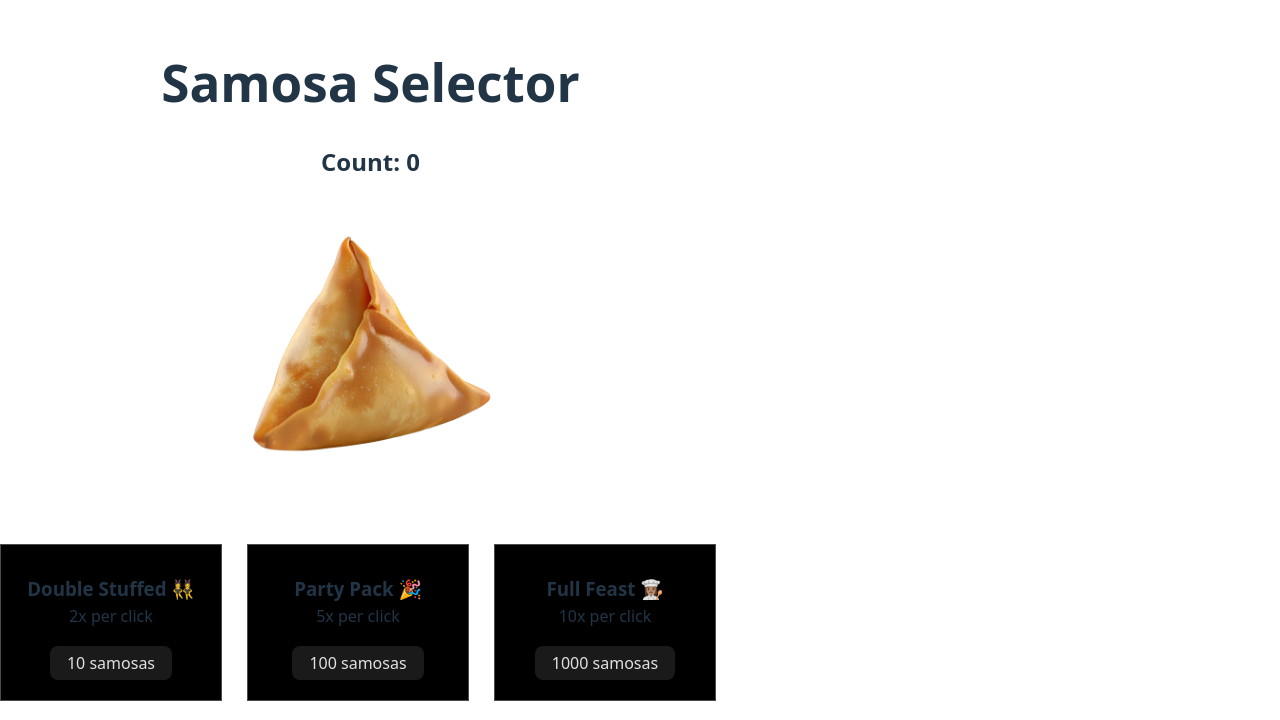
Repository: kvi1/Web102-Labs
Page: / (app in samosa-selector/)
The author's editor kept a copy of each file at every save. The page is drawn from the files as they stood at one save, then again after the next save.
The browser window is 1280 px wide. The pictures show the whole page.
The first visible `.App .header .samosa` is being pressed.
The project was rebuilt for these pictures with package versions that can differ from the ones it lists, and the page was loaded fresh each time. Also part of the build but not shown: samosa-selector/vite.config.js.

Above is the page before, as saved 2025-03-01 14:34:01.

### samosa-selector/src/App.jsx
import './App.css';
import React, {useState} from 'react'
import samosa from './samosa.png'

const App = () => {
  const [count, setCount] = useState(0);
  const [multiplier, setMultiplier] = useState(1);

  const updateCount = () =>{
    setCount(count + multiplier);
  }

  const buyDoubleStuffed = () => {
    if(count >= 10){
      setMultiplier(multiplier*2);
      setCount(count - 10);
    }
  }

  const buyPartyPack = () => {
    if(count >= 100){
      setMultiplier(multiplier*5);
      setCount(count - 100);
    }
  }

  const buyFullFeast = () => {
    if(count >= 1000){
      setMultiplier(multiplier*10);
      setCount(count - 1000);
    }
  }


  return(
    <div className = "App">
      <div className = "header">
        <h1>Samosa Selector</h1>
        <h2>Count: {count}</h2>
        <img className = "samosa" src = {samosa} onClick = {updateCount}></img>
      </div>
      <div className = "container">
        <div className = "upgrade">
          <h3>Double Stuffed 👯‍♀️</h3>
          <p>2x per click</p>
          <button onClick = {buyDoubleStuffed}>10 samosas</button>
        </div>

        <div className = "upgrade">
          <h3>Party Pack 🎉</h3>
          <p>5x per click</p>
          <button onClick = {buyPartyPack}>100 samosas</button>
        </div>

        <div className = "upgrade">
          <h3>Full Feast 👩🏽‍🍳</h3>
          <p>10x per click</p>
          <button onClick = {buyFullFeast}>1000 samosas</button>
        </div>

      </div>
    </div>
  )
}

export default App

### samosa-selector/src/App.css
.App{
  display:flex;
  flex-direction: column;
  align-items: center;
  justify-content: center;
  text-align: center;
}

.App .samosa{
  height: 15em;
  padding: 1.5em;
  margin: 0 auto;
  text-align: center;
  cursor: pointer;
}

.App .container{
  margin-top: 50px;
  display: flex;

}

.App .container .upgrade{
  border: 1px solid rgba(153, 153, 153, 0.497);
  padding-top: 20px;
  padding-bottom: 20px;
  padding-left: 10px;
  padding-right: 10px;
  margin-right: 25px;
  width: 200px;
  line-height: 0.5;
  background: black;

}

.App .container .upgrade button{
  border-radius: 8px;
  border: 1px solid transparent;
  padding-top: 0.3em;
  padding-bottom: 0.3em;
  padding-left: 1em;
  padding-right: 1em;
  font-size: 1em;
  font-family: inherit;
  font-weight: 500;
  background: #1a1a1a;
  color: rgba(255, 255, 255, 0.87);
  cursor: pointer;
  margin-top: 10px;
}

.App .container .upgrade button:hover{
  background:white;
  color:black;
}

.App .header .samosa:hover{
  cursor:pointer;
  transform: scale(1.1);

}

.App .header .samosa:active{
  transform: scale(0.95);

}

Loaded but not shown: samosa-selector/index.html (common file); samosa-selector/src/main.jsx (common file); samosa-selector/src/index.css (common file)

After the next save:
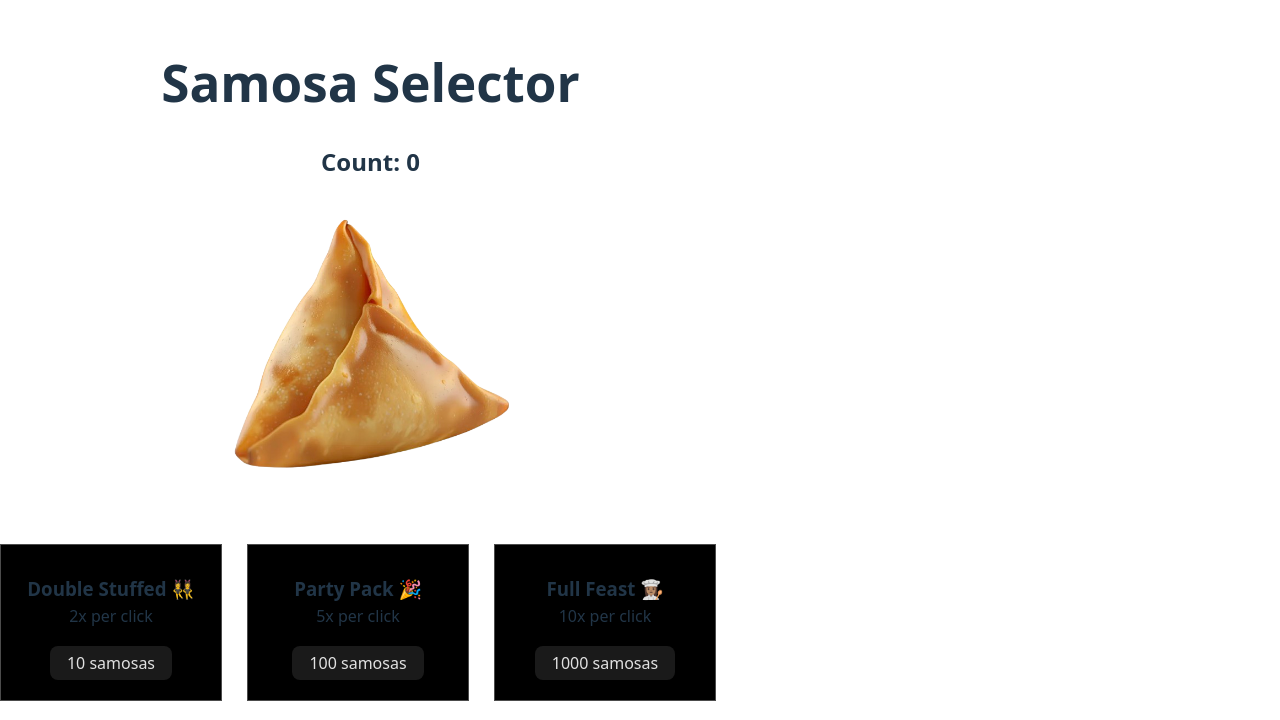
Saved 21 s later.
--- a/samosa-selector/src/App.css
+++ b/samosa-selector/src/App.css
@@ -59,8 +59,3 @@
   transform: scale(1.1);
 
 }
-
-.App .header .samosa:active{
-  transform: scale(0.95);
-
-}

After the save that followed:
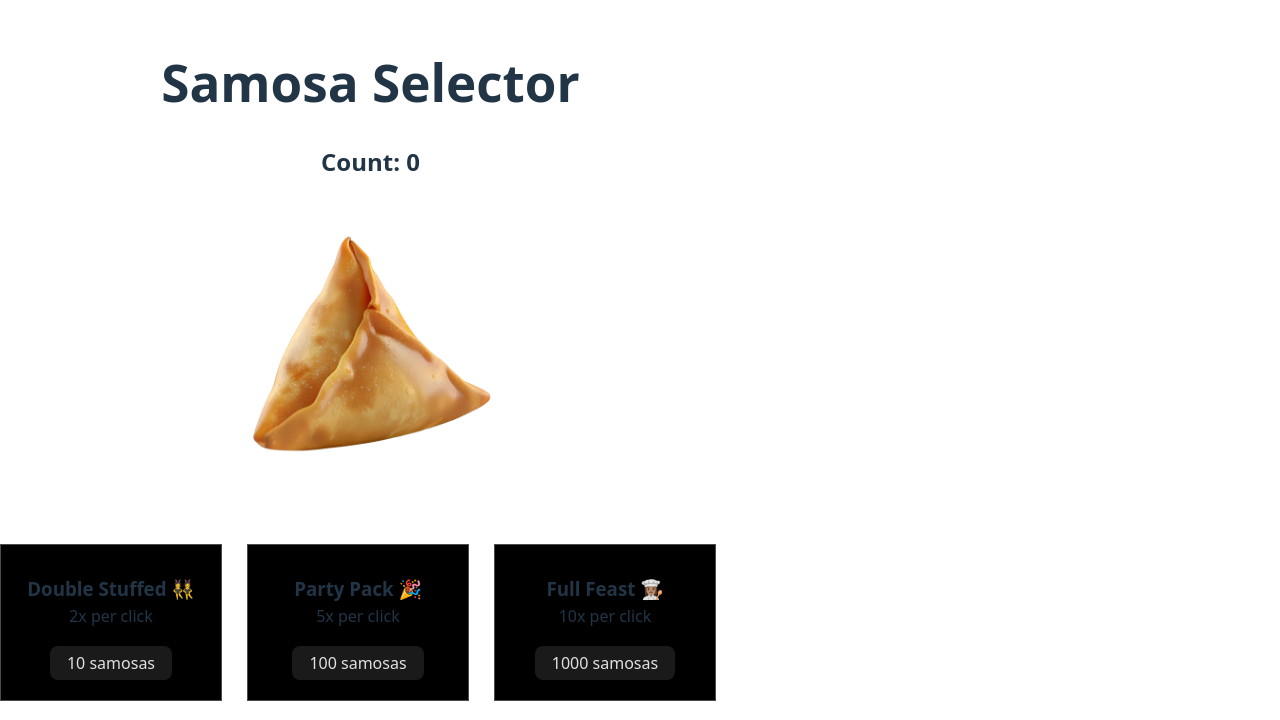
Saved 5 s later.
--- a/samosa-selector/src/App.css
+++ b/samosa-selector/src/App.css
@@ -59,3 +59,8 @@
   transform: scale(1.1);
 
 }
+
+.App .header .samosa:active{
+  transform: scale(0.95);
+
+}
